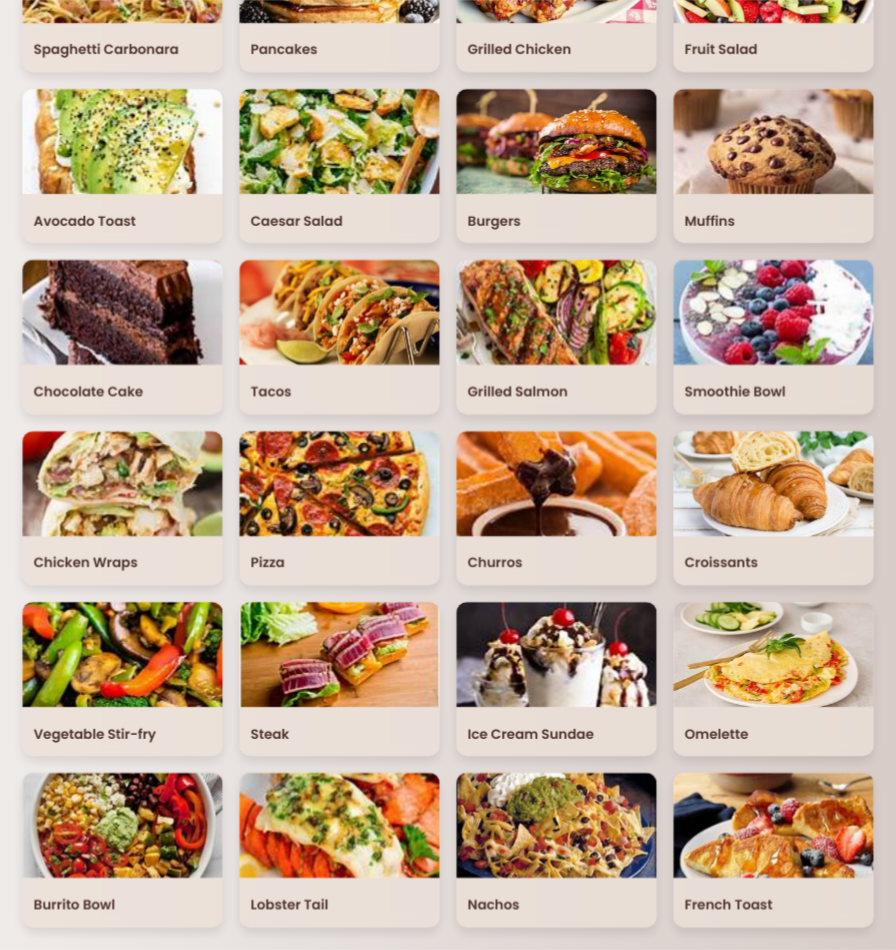
Repository: Patience225/recipe-app
Page: index.html
An editor plug-in stored every save of this project. The page is shown before and after the next save, followed by the edit.
The browser window is 1280 px wide. The pictures show the part of the page from y = 740 to 2660 px (the page is 2097 px tall before and 2660 px after), at 70% of full size.

Above is the page before, as saved 2025-01-30 02:37:45.

After the next save:
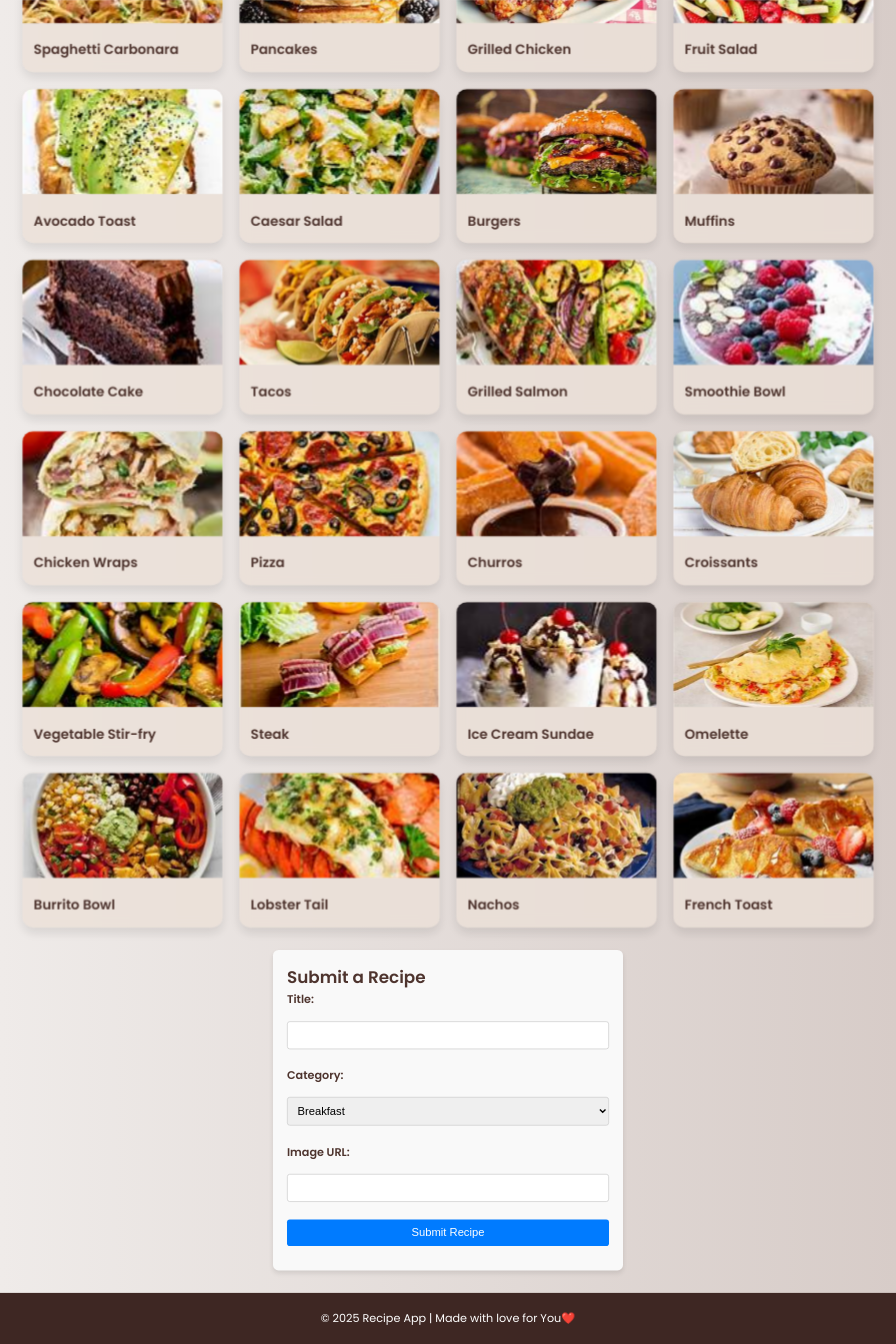
Saved 9 s later.
--- a/index.html
+++ b/index.html
@@ -41,7 +41,7 @@
       <img id="modal-image" src="" alt="">
       <p id="modal-description"></p>
     </div>
-  </div>
+  </div></section>
 
   <div id="recipe-form-container">
     <h2>Submit a Recipe</h2>
